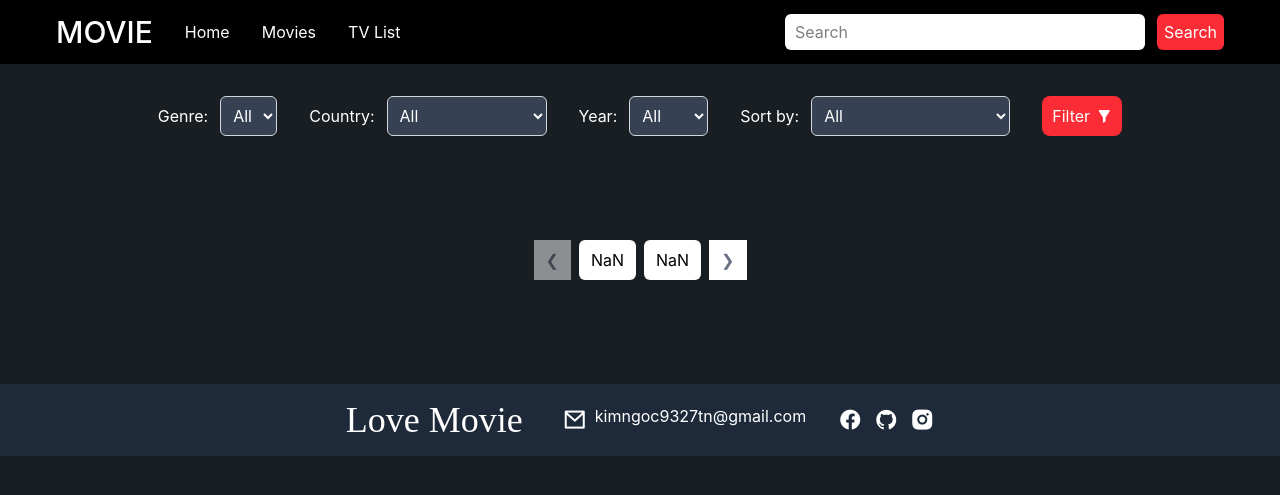
Repository: kimngoc9327/Love_Movie_Project
Page: /genre
The author's editor kept a copy of each file at every save. The page is drawn from the files as they stood at one save, then again after the next save.
The browser window is 1280 px wide. The pictures show the whole page.
The page's requests for data from a server got no answer. The project was rebuilt for these pictures with package versions that can differ from the ones it lists, and the page was loaded fresh each time. No one was signed in, and anything a server would have sent is missing. Also part of the build but not shown: vite.config.js, src/components/ui/VoteAverage.jsx, src/components/ui/MovieCard.jsx, src/components/ui/MovieList.jsx, src/components/ui/Banner.jsx, src/pages/Home.jsx, src/components/ui/Notice.jsx, src/pages/MovieCategory.jsx and 9 more.

Above is the page before, as saved 2025-03-30 00:11:50.

After the next save:
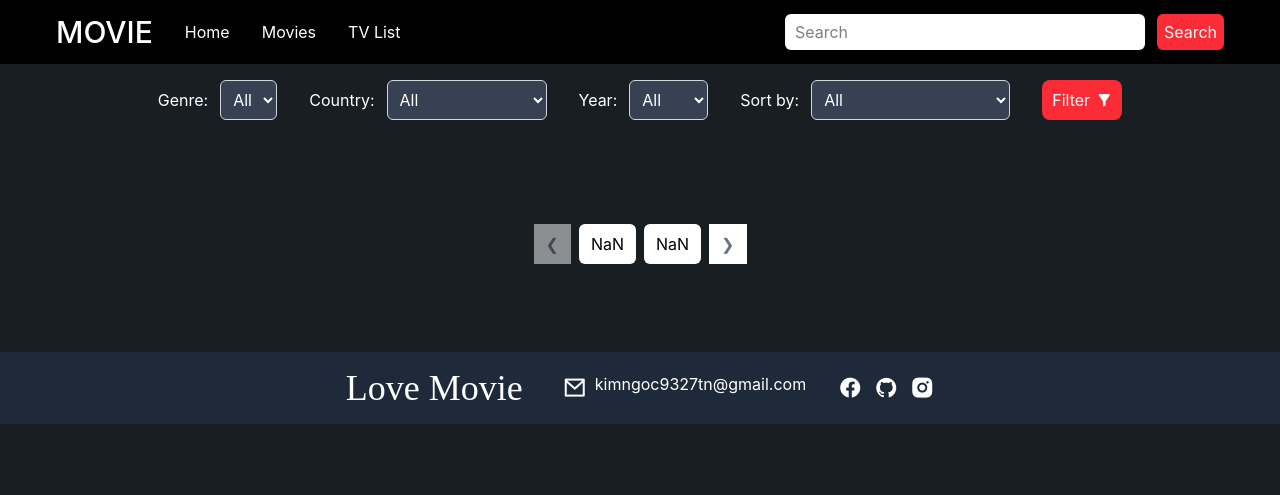
Saved 41 s later.
--- a/src/pages/MovieGenre.jsx
+++ b/src/pages/MovieGenre.jsx
@@ -40,27 +40,29 @@ function MovieGenre() {
   const totalPages = movies?.total_pages;
   const maxPages = Math.min(totalPages, 500);
   return (
-    <div className="flex flex-col items-center  m-24">
-      <MovieFilterBar />
-      <div className="grid grid-cols-4 gap-8 my-12">
-        {movies?.results
-          ?.filter((movie) => movie.title && movie.poster_path)
-          .map((movie) => (
-            <div key={movie.id} onClick={() => handleSelectMovie(movie.id)}>
-              <MovieCard
-                title={movie.title}
-                poster={POSTER_PATH + movie.poster_path}
-                vote={Number(movie?.vote_average.toFixed(2))}
-              />
-            </div>
-          ))}
+    <div className="m-20">
+      <div className="flex flex-col items-center  mt-5">
+        <MovieFilterBar />
+        <div className="grid grid-cols-4 gap-8 my-12">
+          {movies?.results
+            ?.filter((movie) => movie.title && movie.poster_path)
+            .map((movie) => (
+              <div key={movie.id} onClick={() => handleSelectMovie(movie.id)}>
+                <MovieCard
+                  title={movie.title}
+                  poster={POSTER_PATH + movie.poster_path}
+                  vote={Number(movie?.vote_average.toFixed(2))}
+                />
+              </div>
+            ))}
+        </div>
+
+        <PaginationButton
+          currentPage={page}
+          onPageChange={setPage}
+          totalPages={maxPages}
+        />
       </div>
-
-      <PaginationButton
-        currentPage={page}
-        onPageChange={setPage}
-        totalPages={maxPages}
-      />
     </div>
   );
 }
